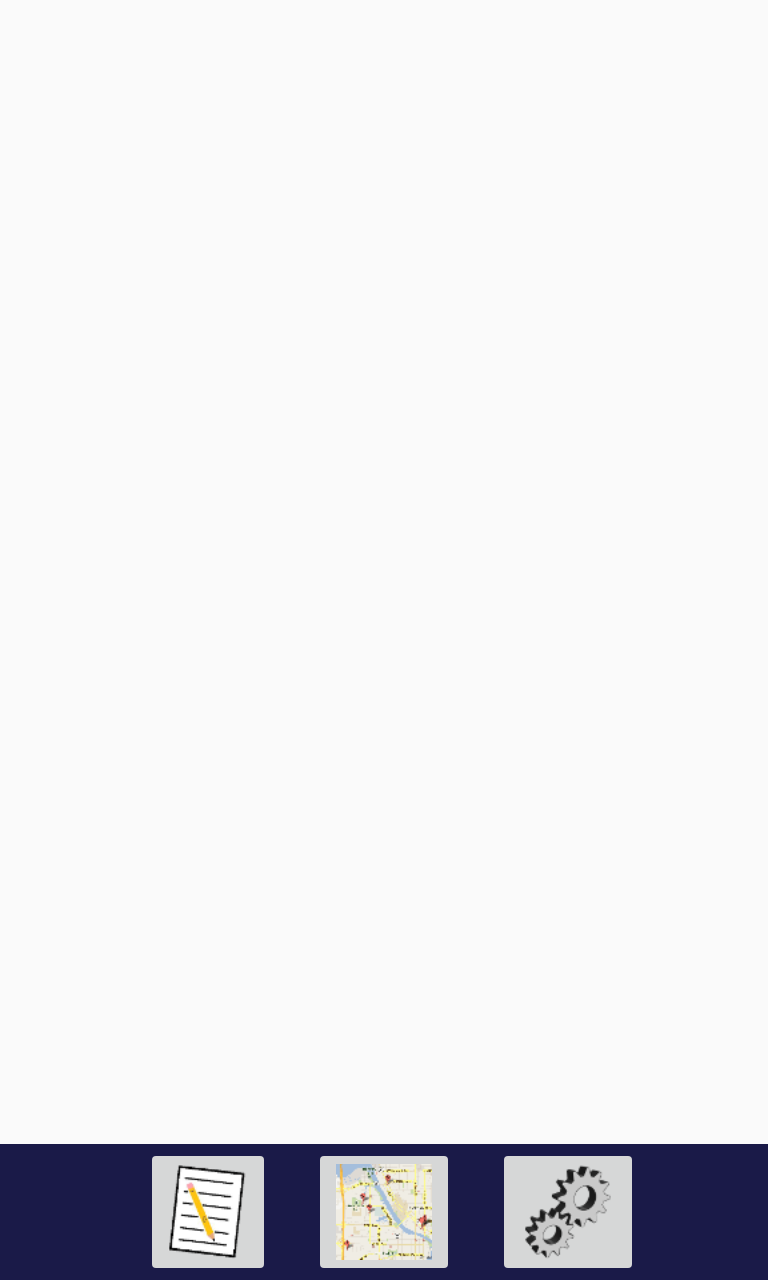
Repository: MobileApps-Cascadia/JenniferBronson_ExercisesChapter5
Layout: MyContactList/res/layout/activity_contact.xml
These files come from the project's save history. The layout is drawn as it stood at one moment and after the next save; the edit follows.
It is drawn on a 768 x 1280 px phone screen (xhdpi) without system bars, with theme AppTheme; the app's code is not run.

Above is the layout before, as saved 2014-04-26 20:05:45.

### MyContactList/res/layout/activity_contact.xml
<RelativeLayout xmlns:android="http://schemas.android.com/apk/res/android"
    xmlns:tools="http://schemas.android.com/tools"
    android:layout_width="match_parent"
    android:layout_height="match_parent"
    tools:context=".ContactActivity">


    <RelativeLayout
        android:id="@+id/navbar"
        android:background="@color/navbar_background"
        android:layout_width="fill_parent"
        android:layout_height="wrap_content"
        android:layout_alignParentBottom="true">

        <ImageButton
            android:id="@+id/imageButtonList"
            android:layout_width="wrap_content"
            android:layout_height="wrap_content"
            android:layout_centerVertical="true"
            android:layout_toLeftOf="@+id/imageButtonMap"
            android:layout_marginRight="20dp"
            android:src="@drawable/contactlisticon" />

        <ImageButton
            android:id="@+id/imageButtonMap"
            android:layout_width="wrap_content"
            android:layout_height="wrap_content"
            android:layout_centerVertical="true"
            android:layout_centerHorizontal="true"
            android:layout_toRightOf="@+id/imageButton1"
            android:src="@drawable/mapicon" />

        <ImageButton
            android:id="@+id/imageButtonSettings"
            android:layout_width="wrap_content"
            android:layout_height="wrap_content"
            android:layout_centerVertical="true"
            android:layout_marginLeft="20dp"
            android:layout_toRightOf="@+id/imageButtonMap"
            android:src="@drawable/settingsicon" />

    </RelativeLayout>

</RelativeLayout>

### MyContactList/res/values/color.xml
<?xml version="1.0" encoding="utf-8"?>
<resources>
    <color name="navbar_background">#1a1a48</color>

</resources>

Loaded but not shown: MyContactList/res/values/styles.xml (common file); MyContactList/res/values-v11/styles.xml (common file); MyContactList/res/values-v14/styles.xml (common file)

After the next save:
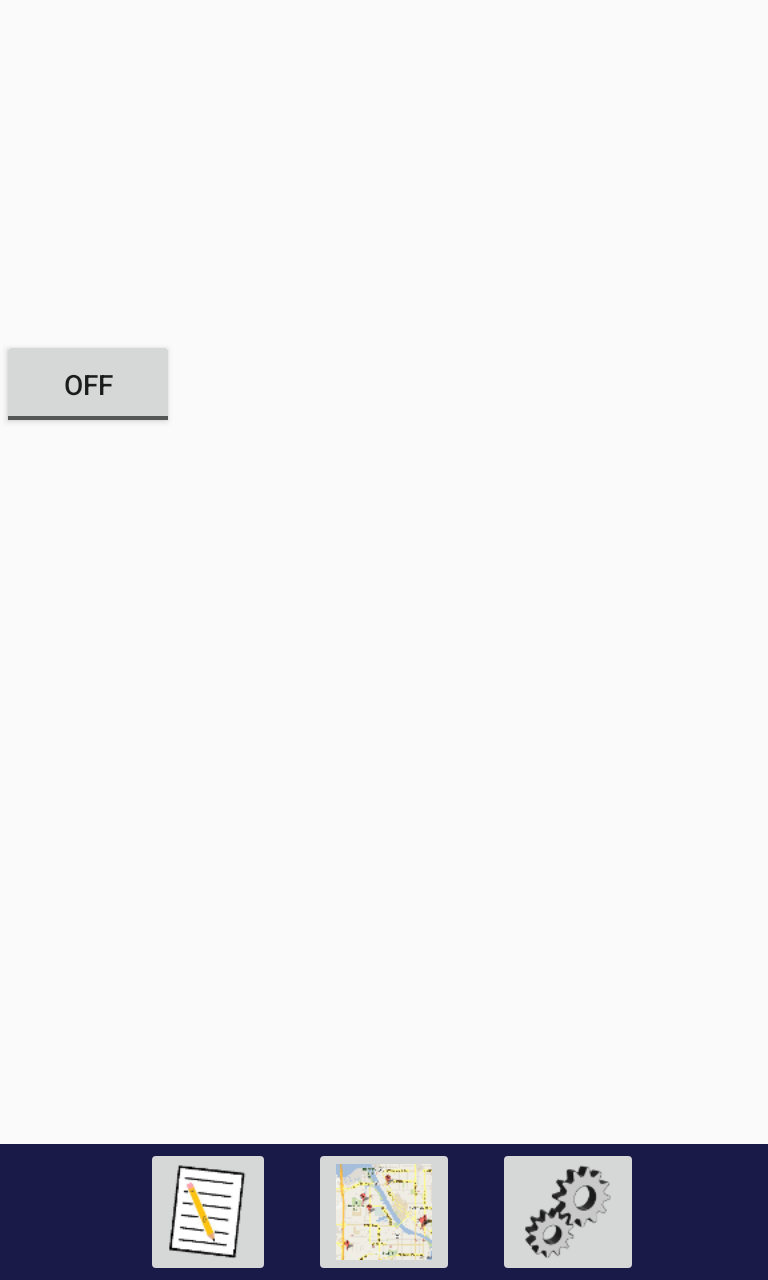
Saved 4 min 39 s later.
--- a/MyContactList/res/layout/activity_contact.xml
+++ b/MyContactList/res/layout/activity_contact.xml
@@ -41,4 +41,19 @@
 
     </RelativeLayout>
 
+    <RelativeLayout
+        android:layout_width="match_parent"
+        android:layout_height="wrap_content"
+        android:layout_alignParentTop="true"
+        android:layout_centerHorizontal="true"
+        android:layout_marginTop="168dp" >
+
+        <ToggleButton
+            android:id="@+id/toggleButton1"
+            android:layout_width="wrap_content"
+            android:layout_height="wrap_content"
+            android:text="ToggleButton" />
+
+    </RelativeLayout>
+
 </RelativeLayout>
